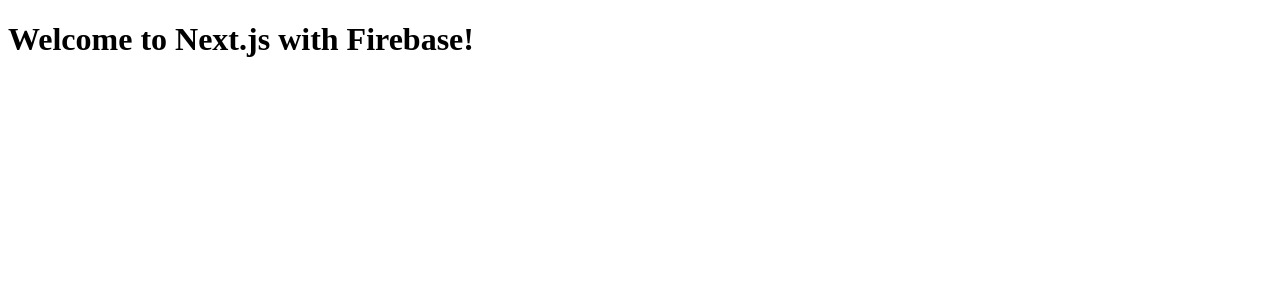
Repository: bettowww/TravelDSA
Page: /
The author's editor kept a copy of each file at every save. The page is drawn from the files as they stood at one save, then again after the next save.
The browser window is 1280 px wide. The pictures show the whole page.
The page's requests for data from a server got no answer. The project was rebuilt for these pictures with package versions that can differ from the ones it lists, and the page was loaded fresh each time. The framework's server and built-in components were replaced by stand-ins that run in the browser. No one was signed in, and anything a server would have sent is missing. Also part of the build but not shown: next.config.mjs.

Above is the page before, as saved 2024-12-09 14:46:09.

### app/page.jsx
"use client";

import { useEffect } from "react";
import { getAuth, signInWithEmailAndPassword } from "firebase/auth";
import {app, auth} from "./firebase/config"; // Asigură-te că acest import funcționează

export default function Home() {
  useEffect(() => {
    const auth = getAuth(app);

    signInWithEmailAndPassword(auth, "dadada@gmail.com", "dadada")
      .then((userCredential) => {
        console.log("User logged in:", userCredential.user);
      })
      .catch((error) => {
        console.error("Error:", error);
      });
  }, []);

  return <h1>Welcome to Next.js with Firebase!</h1>;
}

### app/firebase/config.js
// Import the functions you need from the SDKs you need
import { initializeApp, getApps, getApp } from "firebase/app";
import { getAuth } from "firebase/auth";
import { getAnalytics } from "firebase/analytics";

const firebaseConfig = {
  apiKey: process.env.NEXT_PUBLIC_FIREBASE_API_KEY,
  authDomain: process.env.NEXT_PUBLIC_FIREBASE_AUTH_DOMAIN,
  databaseURL: process.env.NEXT_PUBLIC_FIREBASE_DATABASE_URL,
  projectId: process.env.NEXT_PUBLIC_FIREBASE_PROJECT_ID,
  storageBucket: process.env.NEXT_PUBLIC_FIREBASE_STORAGE_BUCKET,
  messagingSenderId: process.env.NEXT_PUBLIC_FIREBASE_MESSAGING_SENDER_ID,
  appId: process.env.NEXT_PUBLIC_FIREBASE_APP_ID,
  measurementId: process.env.NEXT_PUBLIC_FIREBASE_MEASUREMENT_ID
};

// Initialize Firebase
const app = !getApps().length ? initializeApp(firebaseConfig) : getApp();
const auth = getAuth(app);

export {app, auth};

After the next save:
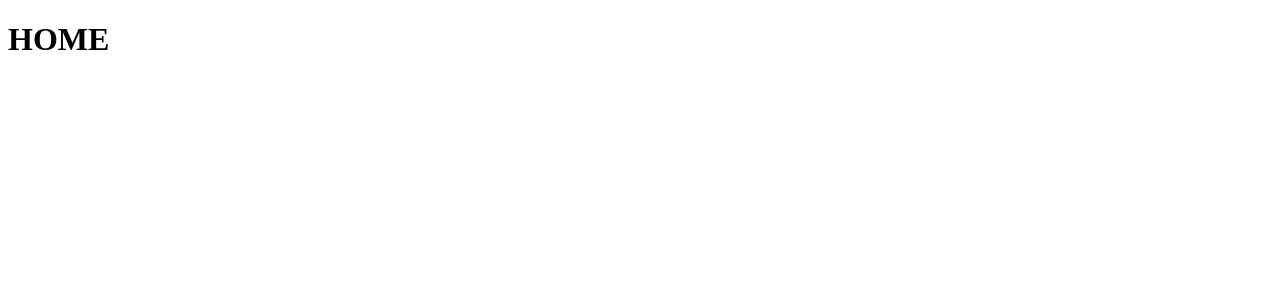
Saved 4 min 53 s later.
--- a/app/page.jsx
+++ b/app/page.jsx
@@ -17,5 +17,5 @@
       });
   }, []);
 
-  return <h1>Welcome to Next.js with Firebase!</h1>;
+  return <h1>HOME</h1>;
 }

After the save that followed:
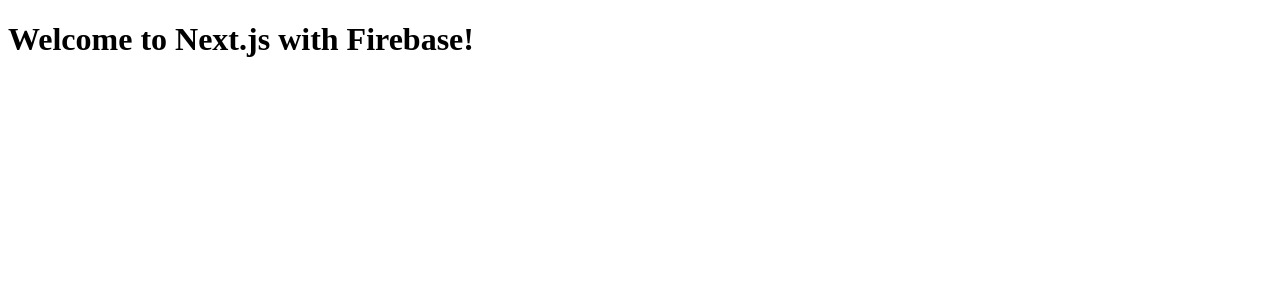
Saved 16 s later.
--- a/app/page.jsx
+++ b/app/page.jsx
@@ -17,5 +17,5 @@
       });
   }, []);
 
-  return <h1>HOME</h1>;
+  return <h1>Welcome to Next.js with Firebase!</h1>;
 }
